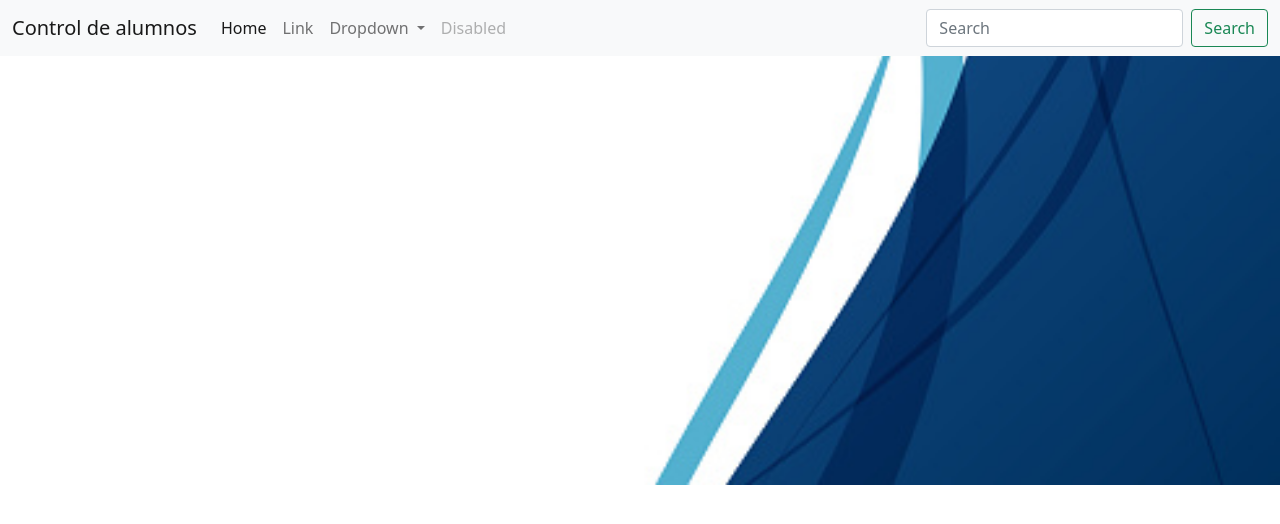
Repository: j0sh-404/control-clases-alumnos
Page: vista/principal/principal.html
These files come from the project's save history. The page is drawn as it stood at one moment and after the next save; the edit follows.
The browser window is 1280 px wide. The pictures show the whole page.

Above is the page before, as saved 2022-07-09 20:09:41.

### vista/principal/principal.html
<!DOCTYPE html>
<html lang="es">
<head>
    <title>Principal</title>
    <meta charset="UTF-8">
    <meta name="title">
    <link rel="stylesheet" href="./principal.css">
    <link href="https://cdn.jsdelivr.net/npm/bootstrap@5.0.2/dist/css/bootstrap.min.css" rel="stylesheet" integrity="sha384-EVSTQN3/azprG1Anm3QDgpJLIm9Nao0Yz1ztcQTwFspd3yD65VohhpuuCOmLASjC" crossorigin="anonymous">
</head>
<body class="fondo">
    <nav class="navbar navbar-expand-lg navbar-light bg-light">
        <div class="container-fluid">
          <a class="navbar-brand" href="#">Control de alumnos</a>
          <button class="navbar-toggler" type="button" data-bs-toggle="collapse" data-bs-target="#navbarSupportedContent" aria-controls="navbarSupportedContent" aria-expanded="false" aria-label="Toggle navigation">
            <span class="navbar-toggler-icon"></span>
          </button>
          <div class="collapse navbar-collapse" id="navbarSupportedContent">
            <ul class="navbar-nav me-auto mb-2 mb-lg-0">
              <li class="nav-item">
                <a class="nav-link active" aria-current="page" href="#">Home</a>
              </li>
              <li class="nav-item">
                <a class="nav-link" href="#">Link</a>
              </li>
              <li class="nav-item dropdown">
                <a class="nav-link dropdown-toggle" href="#" id="navbarDropdown" role="button" data-bs-toggle="dropdown" aria-expanded="false">
                  Dropdown
                </a>
                <ul class="dropdown-menu" aria-labelledby="navbarDropdown">
                  <li><a class="dropdown-item" href="#">Action</a></li>
                  <li><a class="dropdown-item" href="#">Another action</a></li>
                  <li><hr class="dropdown-divider"></li>
                  <li><a class="dropdown-item" href="#">Something else here</a></li>
                </ul>
              </li>
              <li class="nav-item">
                <a class="nav-link disabled" href="#" tabindex="-1" aria-disabled="true">Disabled</a>
              </li>
            </ul>
            <form class="d-flex">
              <input class="form-control me-2" type="search" placeholder="Search" aria-label="Search">
              <button class="btn btn-outline-success" type="submit">Search</button>
            </form>
          </div>
        </div>
      </nav>
      <script src="https://code.jquery.com/jquery-3.6.0.js" integrity="sha256-H+K7U5CnXl1h5ywQfKtSj8PCmoN9aaq30gDh27Xc0jk=" crossorigin="anonymous"></script>
     <script src="https://cdn.jsdelivr.net/npm/bootstrap@5.0.2/dist/js/bootstrap.bundle.min.js" integrity="sha384-MrcW6ZMFYlzcLA8Nl+NtUVF0sA7MsXsP1UyJoMp4YLEuNSfAP+JcXn/tWtIaxVXM" crossorigin="anonymous"></script>
</body>
</html>

### vista/principal/principal.css
.fondo{
    background-image: url("../recursos/fondo.jpg");
     background-size:     cover;                      /* <------ */
    background-repeat:   no-repeat;
    background-position: center center;
}

After the next save:
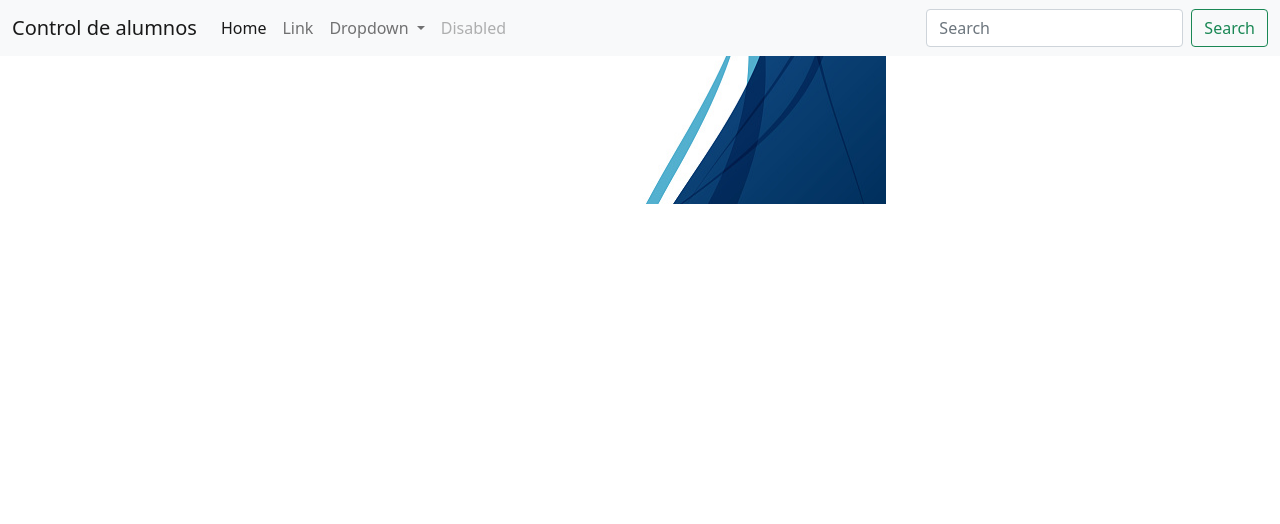
Saved 56 s later.
--- a/vista/principal/principal.css
+++ b/vista/principal/principal.css
@@ -1,6 +1,5 @@
 .fondo{
-    background-image: url("../recursos/fondo.jpg");
-     background-size:     cover;                      /* <------ */
+    background-image: url("../recursos/fondo.jpg");                      /* <------ */
     background-repeat:   no-repeat;
     background-position: center center;
 }
